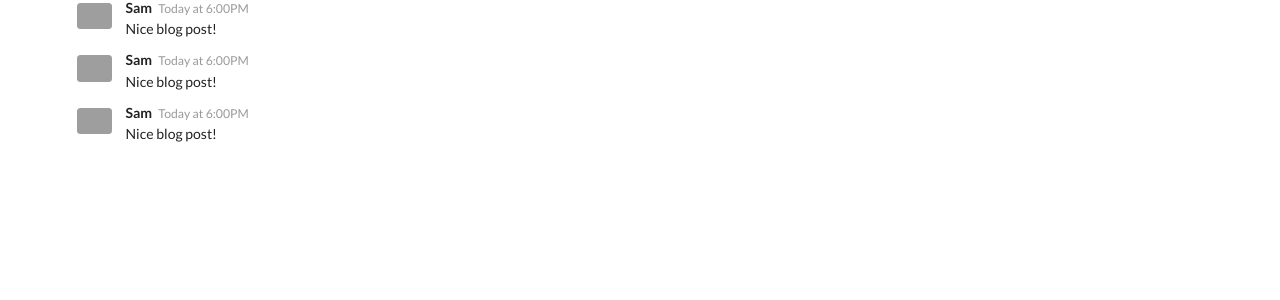
Repository: EgorSherstnev/Components
Page: /
These files come from the project's save history. The page is drawn as it stood at one moment and after a run of saves; the edit follows.
The browser window is 1280 px wide. The pictures show the whole page.
Pictures or frames that could not be fetched are drawn as grey boxes. The project was rebuilt for these pictures with package versions that can differ from the ones it lists, and the page was loaded fresh each time.

Above is the page before, as saved 2022-09-15 00:33:03.

After the next 2 saves:
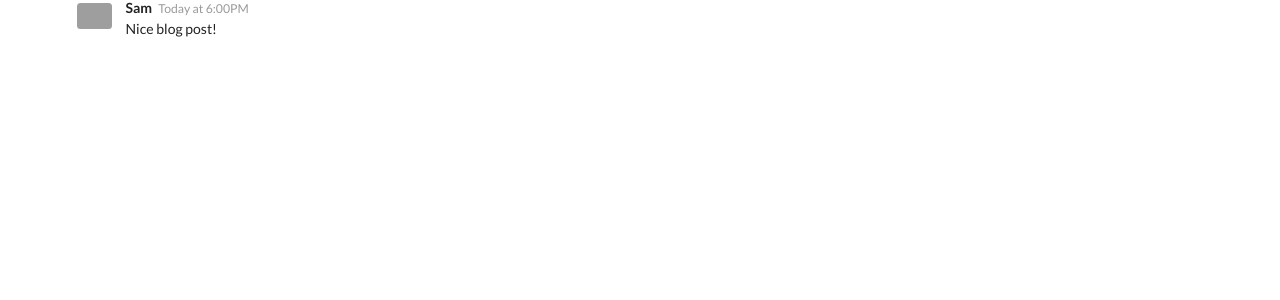
The 2 saves are shown as one change because 1 did not build or start.
The last was saved 22 min 42 s later.
--- a/src/index.js
+++ b/src/index.js
@@ -1,52 +1,12 @@
 import React from "react";
 import  ReactDOM  from "react-dom";
 import { faker } from "@faker-js/faker";
+import CommentDetail from "./CommentDetail";
 
 const App = () => {
     return (
         <div className="ui container comments">
-            <div className="comment">
-                <a href="/" className="avatar">
-                    <img alt="avatar" src={faker.image.avatar()}/>
-                </a>
-                <div className="content">
-                    <a href="/" className="author">
-                        Sam
-                    </a>
-                    <div className="metadata">
-                        <span className="date">Today at 6:00PM</span>
-                    </div>
-                    <div className="text">Nice blog post!</div>
-                </div>
-            </div>
-            <div className="comment">
-                <a href="/" className="avatar">
-                    <img alt="avatar" src={faker.image.avatar()}/>
-                </a>
-                <div className="content">
-                    <a href="/" className="author">
-                        Sam
-                    </a>
-                    <div className="metadata">
-                        <span className="date">Today at 6:00PM</span>
-                    </div>
-                    <div className="text">Nice blog post!</div>
-                </div>
-            </div>
-            <div className="comment">
-                <a href="/" className="avatar">
-                    <img alt="avatar" src={faker.image.avatar()}/>
-                </a>
-                <div className="content">
-                    <a href="/" className="author">
-                        Sam
-                    </a>
-                    <div className="metadata">
-                        <span className="date">Today at 6:00PM</span>
-                    </div>
-                    <div className="text">Nice blog post!</div>
-                </div>
-            </div>
+           <CommentDetail />
         </div>
     );
 };
--- a/src/CommentDetail.js
+++ b/src/CommentDetail.js
@@ -1,4 +1,5 @@
 import React from "react";
+import { faker } from "@faker-js/faker";
 
 const CommentDetail = () => {
     return (
@@ -18,3 +19,5 @@ const CommentDetail = () => {
             </div>
     );
 };
+
+export default CommentDetail;
